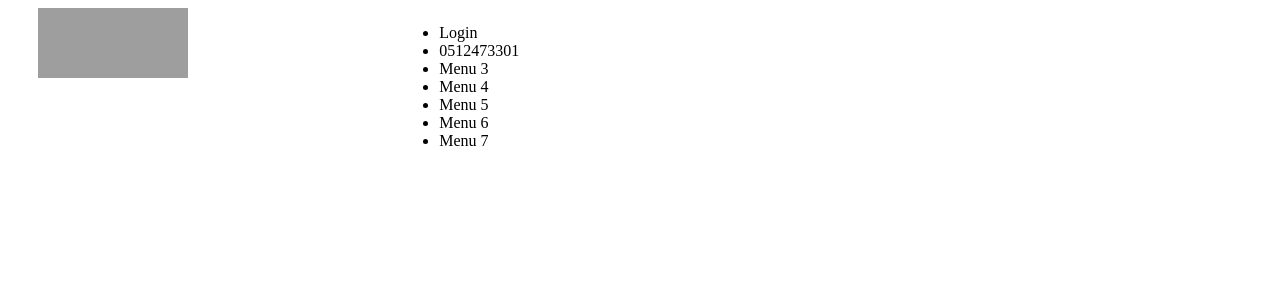
Repository: syedali042/quadacts-cucurico
Page: index.html
An editor plug-in stored every save of this project. The page is shown before and after the next save, followed by the edit.
The browser window is 1280 px wide. The pictures show the whole page.
Pictures or frames that could not be fetched are drawn as grey boxes.

Above is the page before, as saved 2021-10-03 21:00:49.

### index.html
<!DOCTYPE html>
<html lang="en">
<head>
    <meta charset="UTF-8">
    <meta http-equiv="X-UA-Compatible" content="IE=edge">
    <meta name="viewport" content="width=device-width, initial-scale=1.0">
    <link rel="stylesheet" href="index.css">
    <title>Cucurico</title>
</head>
<body>

    <section class="header">

        <div class="header-container">
            <div class="logo-container">
                <img src="logo.jpg" alt="" class="logo">
            </div>
            <div class="menu-container">
                <div class="menu">
                    <ul>
                        <li>Login</li>
                        <li>0512473301</li>
                        <li>Menu 3</li>
                        <li>Menu 4</li>
                        <li>Menu 5</li>
                        <li>Menu 6</li>
                        <li>Menu 7</li>
                    </ul>
                </div>
            </div>
        </div>

    </section>

</body>
</html>

### index.css
.header{
    background: #fff;
}

.header-container{
    display: flex;
    padding-left: 30px;
    padding-right: 30px;
}
.logo-container{
    width:30%;
}
.logo{
    width: 150px;
    height: 70px;
}
.menu-container{
    width: 70%;
    justify-content: right;
}







/*##Device = Desktops
##Screen = 1281px to higher resolution desktops
*/



@media (min-width: 1281px) {

/* CSS */



}

/*
##Device = Laptops, Desktops
##Screen = B/w 1025px to 1280px
*/

@media (min-width: 1025px) and (max-width: 1280px) {

/* CSS */

}

/*
##Device = Tablets, Ipads (portrait)
##Screen = B/w 768px to 1024px
*/

@media (min-width: 768px) and (max-width: 1024px) {

/* CSS */

}

/*
##Device = Tablets, Ipads (landscape)
##Screen = B/w 768px to 1024px
*/

@media (min-width: 768px) and (max-width: 1024px) and (orientation: landscape) {

/* CSS */

}

/*
##Device = Low Resolution Tablets, Mobiles (Landscape)
##Screen = B/w 481px to 767px
*/

@media (min-width: 481px) and (max-width: 767px) {

/* CSS */

}

/*
##Device = Most of the Smartphones Mobiles (Portrait)
##Screen = B/w 320px to 479px
*/

@media (min-width: 320px) and (max-width: 480px) {

/* CSS */

}
/*
#Device = Desktops
##Screen = 1281px to higher resolution desktops
*/

@media (min-width: 1281px) {

/* CSS */

}

/*
##Device = Laptops, Desktops
##Screen = B/w 1025px to 1280px
*/

@media (min-width: 1025px) and (max-width: 1280px) {

/* CSS */

}

/*
##Device = Tablets, Ipads (portrait)
##Screen = B/w 768px to 1024px
*/

@media (min-width: 768px) and (max-width: 1024px) {

/* CSS */

}

/*
##Device = Tablets, Ipads (landscape)
##Screen = B/w 768px to 1024px
*/

@media (min-width: 768px) and (max-width: 1024px) and (orientation: landscape) {

/* CSS */

}

/*
##Device = Low Resolution Tablets, Mobiles (Landscape)
##Screen = B/w 481px to 767px
*/

@media (min-width: 481px) and (max-width: 767px) {

/* CSS */

}

/*
##Device = Most of the Smartphones Mobiles (Portrait)
##Screen = B/w 320px to 479px
*/

@media (min-width: 320px) and (max-width: 480px) {

/* CSS */

}

After the next save:
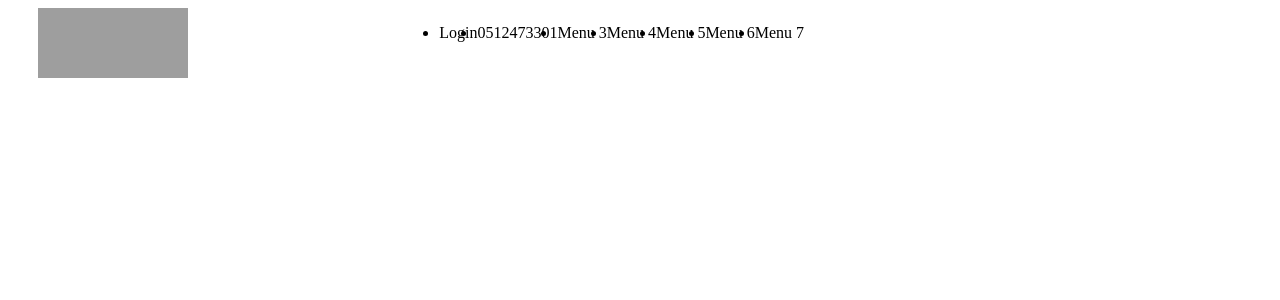
Saved 31 s later.
--- a/index.css
+++ b/index.css
@@ -17,6 +17,9 @@
 .menu-container{
     width: 70%;
     justify-content: right;
+}
+.menu ul{
+    display: flex;
 }
 
 
